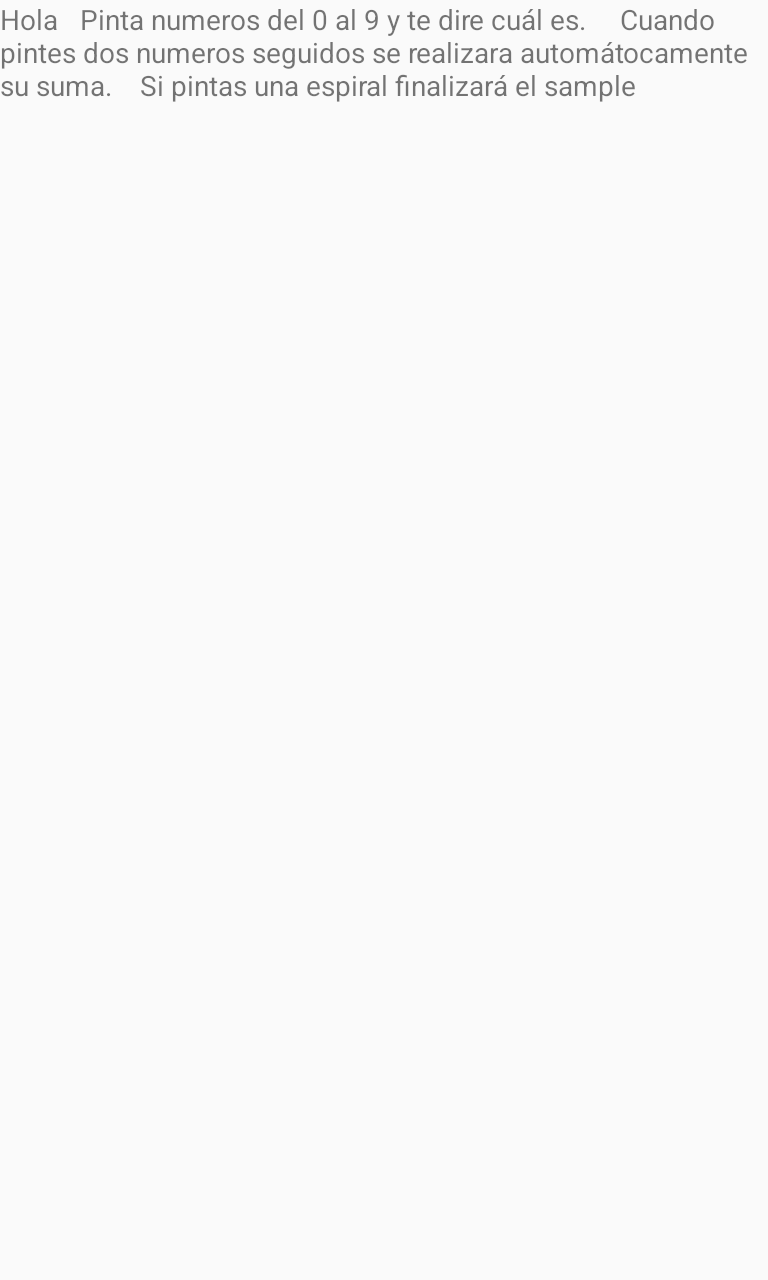
Repository: Jick9536/NPI-P3
Layout: Gesto2/res/layout/activity_main_activity2.xml
The author's editor kept a copy of each file at every save. The layout is drawn from the files as they stood at one save, then again after the next save.
It is drawn on a 768 x 1280 px phone screen (xhdpi) without system bars, with theme AppTheme; the app's code is not run.

Above is the layout before, as saved 2015-01-03 18:55:06.

After the next save:
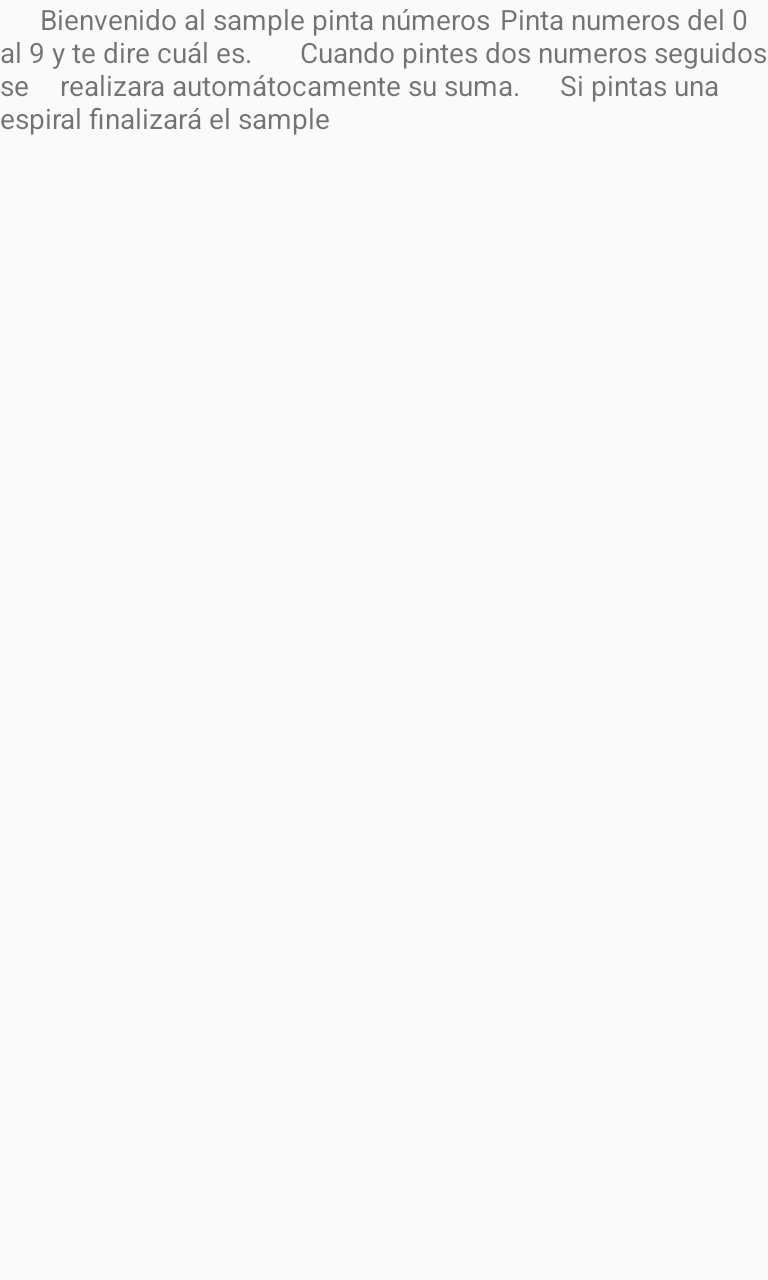
Saved 84 s later.
--- a/Gesto2/res/layout/activity_main_activity2.xml
+++ b/Gesto2/res/layout/activity_main_activity2.xml
@@ -13,9 +13,13 @@ android:layout_weight="1.0" />
 <TextView
 android:layout_width="match_parent"
 android:layout_height="match_parent"
-android:text="Hola
+android:text="
+	Bienvenido al sample pinta números
 	Pinta numeros del 0 al 9 y te dire cuál es.
-	Cuando pintes dos numeros seguidos se realizara automátocamente su suma.
+
+	Cuando pintes dos numeros seguidos se
+	realizara automátocamente su suma.
+
 	Si pintas una espiral finalizará el sample" />
 
 </LinearLayout>
